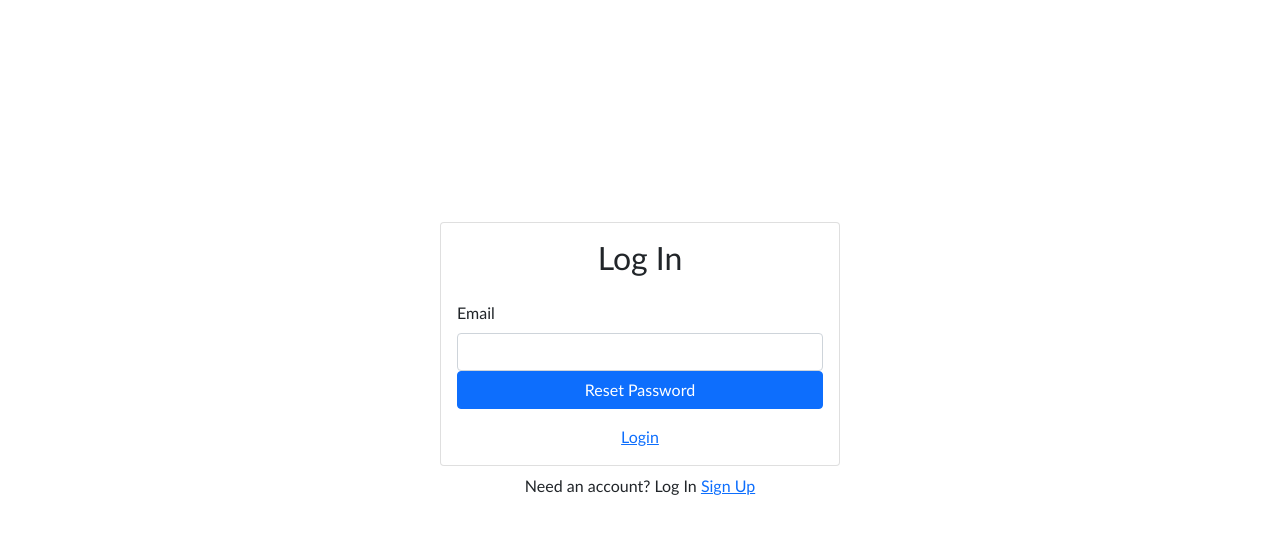
Repository: patrik-fredlund/freshkeeper-repo
Page: /forgot-password
An editor plug-in stored every save of this project. The page is shown before and after the next save, followed by the edit.
The browser window is 1280 px wide. The pictures show the whole page.
The project was rebuilt for these pictures with package versions that can differ from the ones it lists, and the page was loaded fresh each time. Also part of the build but not shown: src/components/Signup.js, src/components/Dashboard.js, src/components/Login.js, src/components/PrivateRoute.js.

Above is the page before, as saved 2021-10-05 16:50:26.

### public/index.html
<!DOCTYPE html>
<html lang="en">

<head>
  <meta charset="utf-8" />
  <link rel="icon" href="%PUBLIC_URL%/favicon.ico" />
  <meta name="viewport" content="width=device-width, initial-scale=1" />
  <meta name="theme-color" content="#000000" />
  <meta name="description" content="Web site created using create-react-app" />
  <link rel="apple-touch-icon" href="%PUBLIC_URL%/logo192.png" />

  <link rel="manifest" href="%PUBLIC_URL%/manifest.json" />

  <title>Freshkeeper</title>
</head>

<body>
  <noscript>You need to enable JavaScript to run this app.</noscript>
  <div id="root"></div>

</body>

</html>

### src/index.js
import React from 'react';
import ReactDOM from 'react-dom';
import App from './components/App';
import 'bootstrap/dist/css/bootstrap.min.css';

ReactDOM.render(
  <React.StrictMode>
    <App />
  </React.StrictMode>,
  document.getElementById('root')
);

### src/components/App.js
import { Container } from 'react-bootstrap';
import '../App.css';
import Signup from './Signup';
import { AuthProvider } from '../context/AuthContext';
import { BrowserRouter as Router, Switch, Route } from 'react-router-dom';
import Dashboard from './Dashboard';
import Login from './Login';
import PrivateRoute from './PrivateRoute';
import ForgotPassword from './ForgotPassword';

function App() {
  return (
    <Container
      className='d-flex align-items-center justify-content-center'
      style={{ minHeight: '100vh' }}
    >
      <div className='w-100' style={{ maxWidth: '400px' }}>
        <Router>
          <AuthProvider>
            <Switch>
              <PrivateRoute exact path='/' component={Dashboard} />
              <Route path='/signup' component={Signup} />
              <Route path='/login' component={Login} />
              <Route path='/forgot-password' component={ForgotPassword} />
            </Switch>
          </AuthProvider>
        </Router>
      </div>
    </Container>
  );
}

export default App;

### src/App.css
* {
  box-sizing: border-box;
  margin: 0;
  padding: 0;
  font-family: 'Gill Sans', 'Gill Sans MT', Calibri, 'Trebuchet MS', sans-serif;
}

h1 {
  color: red;
}

### src/context/AuthContext.js
import React, { useContext, useState, useEffect } from 'react';
import { auth } from '../firebase';

const AuthContext = React.createContext();

export function useAuth() {
  return useContext(AuthContext);
}

export function AuthProvider({ children }) {
  const [currentUser, setCurrentUser] = useState();
  const [loading, setLoading] = useState(true);

  function signup(email, password) {
    return auth.createUserWithEmailAndPassword(email, password);
  }

  function login(email, password) {
    return auth.signInWithEmailAndPassword(email, password);
  }

  function logout() {
    return auth.signOut();
  }

  useEffect(() => {
    const unsubscribe = auth.onAuthStateChanged((user) => {
      setCurrentUser(user);
      setLoading(false);
    });
    return unsubscribe;
  }, []);

  const value = {
    currentUser,
    login,
    signup,
    logout,
  };

  return (
    <AuthContext.Provider value={value}>
      {!loading && children}
    </AuthContext.Provider>
  );
}

### src/components/ForgotPassword.js
import React, { useRef, useState } from 'react';
import { Form, Button, Card, Alert } from 'react-bootstrap';
import { useAuth } from '../context/AuthContext';
import { Link } from 'react-router-dom';

export default function ForgotPassword() {
  const emailRef = useRef();
  const { login } = useAuth();
  const [error, setError] = useState('');
  const [loading, setLoading] = useState(false);

  async function handleSubmit(e) {
    e.preventDefault();

    try {
      setError('');
      setLoading(true);
      //   await login(emailRef.current.value, passwordRef.current.value);
    } catch {
      setError('Failed to Log In');
    }

    setLoading(false);
  }

  return (
    <>
      <Card>
        <Card.Body>
          <h2 className='text-center mb-4'>Log In</h2>

          {error && <Alert variant='danger'>{error}</Alert>}
          <Form onSubmit={handleSubmit}>
            <Form.Group id='email'>
              <Form.Label>Email</Form.Label>
              <Form.Control type='email' ref={emailRef} required />
            </Form.Group>

            <Button disabled={loading} className='w-100' type='submit'>
              Reset Password
            </Button>
          </Form>
          <div className='w-100 text-center mt-3'>
            <Link to='/login'>Login</Link>
          </div>
        </Card.Body>
      </Card>
      <div className='w-100 text-center mt-2'>
        Need an account? Log In <Link to='/signup'>Sign Up </Link>
      </div>
    </>
  );
}

### src/firebase.js
import firebase from 'firebase/compat/app';
import 'firebase/compat/auth';

const app = firebase.initializeApp({
  apiKey: process.env.REACT_APP_FIREBASE_API_KEY,
  authDomain: process.env.REACT_APP_FIREBASE_AUTH_DOMAIN,
  projectId: process.env.REACT_APP_FIREBASE_PROJECT_ID,
  storageBucket: process.env.REACT_APP_FIREBASE_STORAGE_BUCKET,
  messagingSenderId: process.env.REACT_APP_FIREBASE_MESSAGE_SENDER_ID,
  appId: process.env.REACT_APP_FIREBASE_APP_ID,
});

export const auth = app.auth();
export default app;

After the next save:
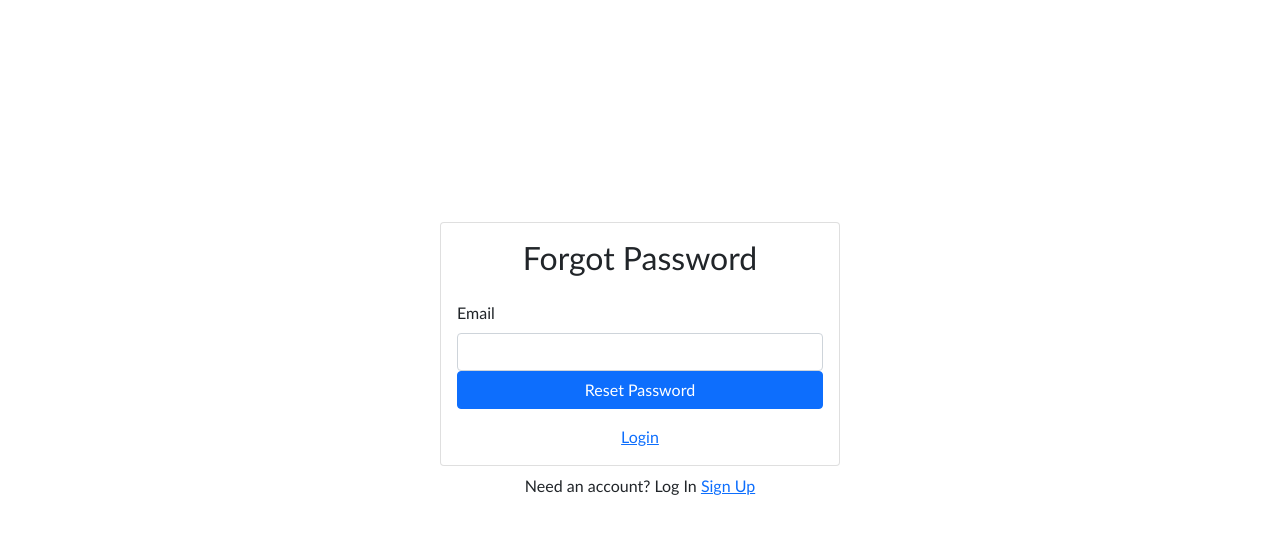
Saved 21 s later.
--- a/src/components/ForgotPassword.js
+++ b/src/components/ForgotPassword.js
@@ -27,7 +27,7 @@ export default function ForgotPassword() {
     <>
       <Card>
         <Card.Body>
-          <h2 className='text-center mb-4'>Log In</h2>
+          <h2 className='text-center mb-4'>Forgot Password</h2>
 
           {error && <Alert variant='danger'>{error}</Alert>}
           <Form onSubmit={handleSubmit}>
